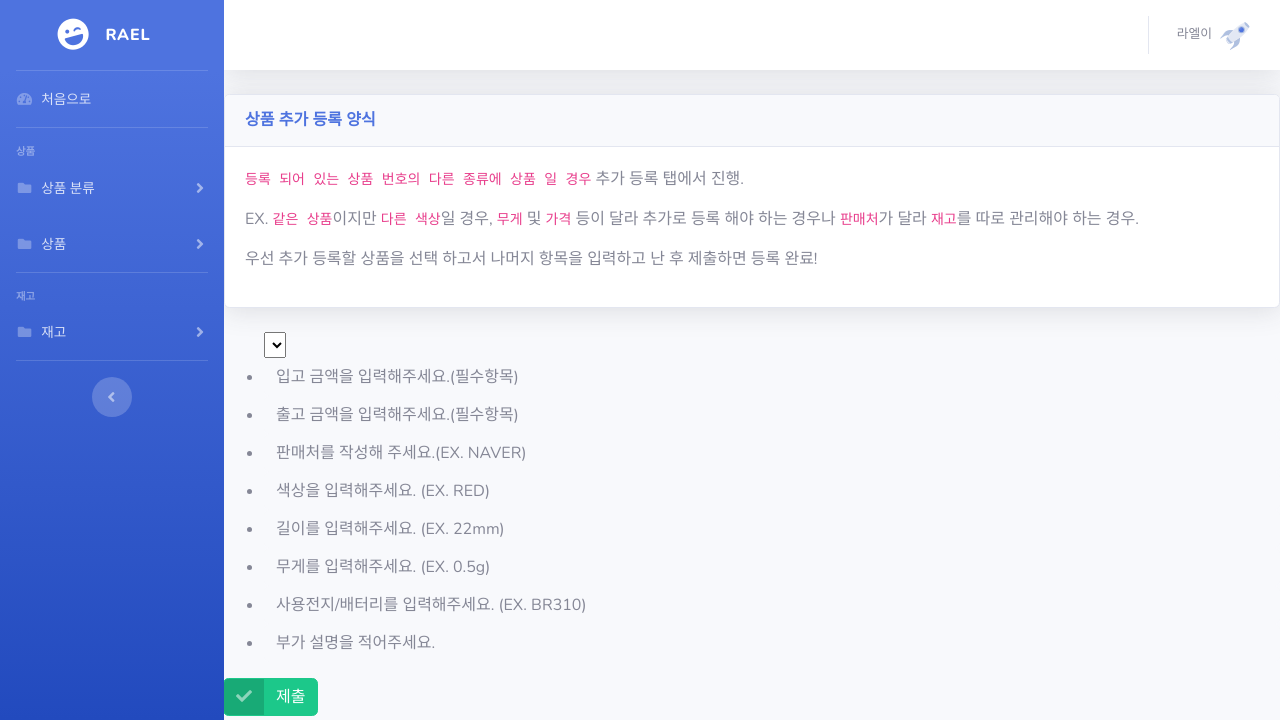
Repository: sww232/springRaelProject
Page: http://localhost/rael/WEB-INF/views/product/product_insert_detail.jsp
The author's editor kept a copy of each file at every save. The page is drawn from the files as they stood at one save, then again after the next save.
The browser window is 1280 px wide. The pictures show the whole page.
The page is served by Tomcat 9. Nobody is signed in. Other server files are loaded and not shown. The template is opened directly, without the code that normally fills it, so the values that code supplies are empty.

Above is the page before, as saved 2022-10-06 23:41:30.

### raelproject3/rael/src/main/webapp/WEB-INF/views/product/product_insert_detail.jsp
<%@ page language="java" contentType="text/html; charset=UTF-8" pageEncoding="UTF-8"%>
<%@ taglib uri="http://java.sun.com/jsp/jstl/core" prefix="c" %>
<%@ taglib prefix="sql" uri="http://java.sun.com/jsp/jstl/sql" %>
<%@ taglib prefix="fmt" uri="http://java.sun.com/jsp/jstl/fmt" %>
<!DOCTYPE html>
<html>
<head>
	    <meta name="viewport" content="width=device-width, initial-scale=1, shrink-to-fit=no">
	    <meta name="description" content="">
	    <meta name="author" content="">
	    <meta charset="UTF-8">
			<title>메인</title>

		<link href="/vendor/fontawesome-free/css/all.min.css" rel="stylesheet" type="text/css">
	    <link
	        href="https://fonts.googleapis.com/css?family=Nunito:200,200i,300,300i,400,400i,600,600i,700,700i,800,800i,900,900i"
	        rel="stylesheet">

	    <!-- Custom styles for this template -->
	    <link href="/css/sb-admin-2.min.css" rel="stylesheet">
	    <script src="/vendor/jquery/jquery.min.js"></script>
	    <script src="/vendor/bootstrap/js/bootstrap.bundle.min.js"></script>

	    <!-- Core plugin JavaScript-->
	    <script src="/vendor/jquery-easing/jquery.easing.min.js"></script>

	    <!-- Custom scripts for all pages-->
	    <script src="/js/sb-admin-2.min.js"></script>

	    <!-- Page level plugins -->
	    <script src="/vendor/datatables/jquery.dataTables.min.js"></script>
	    <script src="/vendor/datatables/dataTables.bootstrap4.min.js"></script>

	    <!-- Page level custom scripts -->
	    <script src="/js/demo/datatables-demo.js"></script>

	    <!-- Custom styles for this page -->
	    <link href="/vendor/datatables/dataTables.bootstrap4.min.css" rel="stylesheet">

	</head>
	<body id="page-top">
	<form>
		<div class="modal fade" id="moaModal1" tabindex="-1" role="dialog" aria-labelledby="exampleModalLabel" aria-hidden="true">

			<div class="modal-dialog" role="document">
				<div class="modal-content">
					<div class="modal-header">
						<h5 class="modal-title" id="exampleModalLabel">상품 등록을 위한 카테고리 선택</h5>
						<button class="close" type="button" data-dismiss="modal" aria-label="Close">
							<span aria-hidden="true">x</span>
						</button>
						</div>
						<div class="modal-body">
							<select name="categoryBox1" id="categoryBox1">
								<option value="defaultValue" selected></option>
								<c:forEach var="list" items="${categorynums}">
									<option value="${list}">
										${list}
									</option>
								</c:forEach>
							</select>
						</div>
					<div class="modal-footer">
						<button class="btn btn-primary" type="button" data-dismiss="modal">Cancel</button>
						<button class="btn btn-primary" type="submit" formaction="/product/product_insert">Choice</button>
					</div>
				</div>
			</div>
		</div>
		<div class="modal fade" id="moaModal2" tabindex="-1" role="dialog" aria-labelledby="exampleModalLabel" aria-hidden="true">

			<div class="modal-dialog" role="document">
				<div class="modal-content">
					<div class="modal-header">
						<h5 class="modal-title" id="exampleModalLabel">상품 추가 등록을 위한 카테고리 선택</h5>
						<button class="close" type="button" data-dismiss="modal" aria-label="Close">
							<span aria-hidden="true">x</span>
						</button>
						</div>
						<div class="modal-body">
							<select name="categoryBox2" id="categoryBox2">
								<option value="defaultValue" selected></option>
								<c:forEach var="list" items="${categorynums}">
									<option value="${list}">
										${list}
									</option>
								</c:forEach>
							</select>
						</div>
					<div class="modal-footer">
						<button class="btn btn-primary" type="button" data-dismiss="modal">Cancel</button>
						<button class="btn btn-primary" type="submit" formaction="/product/product_insert_detail">Choice</button>
					</div>
				</div>
			</div>
		</div>
		<div class="modal fade" id="moaModal3" tabindex="-1" role="dialog" aria-labelledby="exampleModalLabel" aria-hidden="true">

			<div class="modal-dialog" role="document">
				<div class="modal-content">
					<div class="modal-header">
						<h5 class="modal-title" id="exampleModalLabel">상품명/상세정보 수정을 위한 카테고리 선택</h5>
						<button class="close" type="button" data-dismiss="modal" aria-label="Close">
							<span aria-hidden="true">x</span>
						</button>
						</div>
						<div class="modal-body">
							<select name="categoryBox3" id="categoryBox3">
								<option value="defaultValue" selected></option>
								<c:forEach var="list" items="${categorynums}">
									<option value="${list}">
										${list}
									</option>
								</c:forEach>
							</select>
						</div>
					<div class="modal-footer">
						<button class="btn btn-primary" type="button" data-dismiss="modal">Cancel</button>
						<button class="btn btn-primary" type="submit" formaction="/product/product_update">Choice</button>
					</div>
				</div>
			</div>
		</div>
	</form>
	<div id="wrapper">
		 <ul class="navbar-nav bg-gradient-primary sidebar sidebar-dark accordion" id="accordionSidebar">

            <!-- Sidebar - Brand -->
            <a class="sidebar-brand d-flex align-items-center justify-content-center" href="/">
                <div class="sidebar-brand-icon rotate-n-15">
                    <i class="fas fa-laugh-wink"></i>
                </div>
                <div class="sidebar-brand-text mx-3">RAEL</div>
            </a>

            <!-- Divider -->
            <hr class="sidebar-divider my-0">

            <!-- Nav Item - Dashboard -->
            <li class="nav-item">
                <a class="nav-link" href="/">
                    <i class="fas fa-fw fa-tachometer-alt"></i>
                    <span>처음으로</span></a>
            </li>

            <!-- Divider -->
            <hr class="sidebar-divider">

            <!-- Heading -->
            <div class="sidebar-heading">
                상품
            </div>

            <!-- Nav Item - Pages Collapse Menu -->
            <li class="nav-item">
                <a class="nav-link collapsed" href="#" data-toggle="collapse" data-target="#collapseTwo"
                    aria-expanded="true" aria-controls="collapseTwo">
                    <i class="fas fa-fw fa-folder"></i>
                    <span>상품 분류</span>
                </a>
                <div id="collapseTwo" class="collapse" aria-labelledby="headingTwo" data-parent="#accordionSidebar">
                    <div class="bg-white py-2 collapse-inner rounded">
                        <h6 class="collapse-header">상풍 분류 탭</h6>
                        <a class="collapse-item" href="/product/category_select?page=1&recordSize=10&pageSize=10">상품 분류 조회</a>
                        <a class="collapse-item" href="/product/category_insert?insertresult=0">상품 분류 등록</a>
                        <a class="collapse-item" href="/product/category_update">상품 분류 수정</a>
                    </div>
                </div>
            </li>

            <!-- Nav Item - Utilities Collapse Menu -->
            <li class="nav-item">
                <a class="nav-link collapsed" href="#" data-toggle="collapse" data-target="#collapseUtilities"
                    aria-expanded="true" aria-controls="collapseUtilities">
                    <i class="fas fa-fw fa-folder"></i>
                    <span>상품</span>
                </a>
                <div id="collapseUtilities" class="collapse" aria-labelledby="headingUtilities"
                    data-parent="#accordionSidebar">
                    <div class="bg-white py-2 collapse-inner rounded">
                        <h6 class="collapse-header">상품 탭</h6>
                        <a class="collapse-item" href="/product/all_select?page=1&recordSize=10&pageSize=10">상품 조회</a>
                        <a class="collapse-item" href="#" data-toggle="modal" data-target="#moaModal1">
							<i class="fas fa-arrow-right"></i>상품 등록
						</a>
						<a class="collapse-item" href="#" data-toggle="modal" data-target="#moaModal2">
							<i class="fas fa-arrow-right"></i>상품 추가 등록
						</a>
						<a class="collapse-item" href="#" data-toggle="modal" data-target="#moaModal3">
							<i class="fas fa-arrow-right"></i>상품명/상세정보 수정
						</a>
                    </div>
                </div>
            </li>

            <!-- Divider -->
            <hr class="sidebar-divider">

            <!-- Heading -->
            <div class="sidebar-heading">
                재고
            </div>

            <!-- Nav Item - Pages Collapse Menu -->
            <li class="nav-item">
                <a class="nav-link collapsed" href="#" data-toggle="collapse" data-target="#collapsePages"
                    aria-expanded="true" aria-controls="collapsePages">
                    <i class="fas fa-fw fa-folder"></i>
                    <span>재고</span>
                </a>
                <div id="collapsePages" class="collapse" aria-labelledby="headingPages" data-parent="#accordionSidebar">
                    <div class="bg-white py-2 collapse-inner rounded">
                        <h6 class="collapse-header">재고</h6>
                        <a class="collapse-item" href="/stock/stock_select?page=1&recordSize=10&pageSize=10">재고 조회 및 입/출고</a>
                        <div class="collapse-divider"></div>
                        <h6 class="collapse-header">재고 입/출고</h6>
                        <a class="collapse-item" href="/stock/stock_history?page=1&recordSize=10&pageSize=10">내역</a>
                        <a class="collapse-item" href="/stock/stock_history_cancel?page=1&recordSize=10&pageSize=10">취소</a>
                    </div>
                </div>
            </li>

            <!-- Divider -->
            <hr class="sidebar-divider d-none d-md-block">

            <!-- Sidebar Toggler (Sidebar) -->
            <div class="text-center d-none d-md-inline">
                <button class="rounded-circle border-0" id="sidebarToggle"></button>
            </div>

        </ul>

        <!-- End of Sidebar -->

        <!-- Content Wrapper -->
        <div id="content-wrapper" class="d-flex flex-column">

            <!-- Main Content -->
            <div id="content">

                <!-- Topbar -->
                <nav class="navbar navbar-expand navbar-light bg-white topbar mb-4 static-top shadow">

                    <!-- Sidebar Toggle (Topbar) -->
                    <form class="form-inline">
                        <button id="sidebarToggleTop" class="btn btn-link d-md-none rounded-circle mr-3">
                            <i class="fa fa-bars"></i>
                        </button>
                    </form>

                    <!-- Topbar Search
                    <form
                        class="d-none d-sm-inline-block form-inline mr-auto ml-md-3 my-2 my-md-0 mw-100 navbar-search">
                        <div class="input-group">
                            <input type="text" class="form-control bg-light border-0 small" placeholder="Search for..."
                                aria-label="Search" aria-describedby="basic-addon2">
                            <div class="input-group-append">
                                <button class="btn btn-primary" type="button">
                                    <i class="fas fa-search fa-sm"></i>
                                </button>
                            </div>
                        </div>
                    </form>
					-->
                    <!-- Topbar Navbar -->
                    <ul class="navbar-nav ml-auto">

                        <!-- Nav Item - Search Dropdown (Visible Only XS) -->
                        <li class="nav-item dropdown no-arrow d-sm-none">
                            <a class="nav-link dropdown-toggle" href="#" id="searchDropdown" role="button"
                                data-toggle="dropdown" aria-haspopup="true" aria-expanded="false">
                                <i class="fas fa-search fa-fw"></i>
                            </a>
                            <!-- Dropdown - Messages -->
                            <div class="dropdown-menu dropdown-menu-right p-3 shadow animated--grow-in"
                                aria-labelledby="searchDropdown">
                                <form class="form-inline mr-auto w-100 navbar-search">
                                    <div class="input-group">
                                        <input type="text" class="form-control bg-light border-0 small"
                                            placeholder="Search for..." aria-label="Search"
                                            aria-describedby="basic-addon2">
                                        <div class="input-group-append">
                                            <button class="btn btn-primary" type="button">
                                                <i class="fas fa-search fa-sm"></i>
                                            </button>
                                        </div>
                                    </div>
                                </form>
                            </div>
                        </li>
                        <div class="topbar-divider d-none d-sm-block"></div>

                        <!-- Nav Item - User Information -->
                        <li class="nav-item dropdown no-arrow">
                            <a class="nav-link dropdown-toggle" href="#" id="userDropdown" role="button"
                                data-toggle="dropdown" aria-haspopup="true" aria-expanded="false">
                                <span class="mr-2 d-none d-lg-inline text-gray-600 small">라엘이</span>
                                <img class="img-profile rounded-circle"
                                    src="img/undraw_rocket.svg">
                            </a>
                            <!-- Dropdown - User Information -->
                            <div class="dropdown-menu dropdown-menu-right shadow animated--grow-in"
                                aria-labelledby="userDropdown">
                                <div class="dropdown-divider"></div>
                                <a class="dropdown-item" href="#" data-toggle="modal" data-target="#logoutModal">
                                    <i class="fas fa-sign-out-alt fa-sm fa-fw mr-2 text-gray-400"></i>
                                    Logout
                                </a>
                            </div>
                        </li>

                    </ul>

                </nav>
    	<!-- End of Topbar -->
    		<div class="card shadow mb-4">
				<div class="card-header py-3 d-flex flex-row align-items-center justify-content-between">
					<h6 class="m-0 font-weight-bold text-primary">상품 추가 등록 양식</h6>
				</div>
				<div class="card-body">
					<p>
						<code>등록 되어 있는 상품 번호의 다른 종류에 상품 일 경우</code> 추가 등록 탭에서 진행.
					</p>
					<p>
						EX. <code>같은 상품</code>이지만 <code>다른 색상</code>일 경우, <code>무게</code> 및
						<code>가격</code> 등이 달라 추가로 등록 해야 하는 경우나 <code>판매처</code>가 달라 <code>재고</code>를 따로 관리해야 하는 경우.
					</p>
					<p>
						우선 추가 등록할 상품을 선택 하고서 나머지 항목을 입력하고 난 후 제출하면 등록 완료!
					</p>
				</div>
			</div>
			<form method="POST" action="/product/product_insert_detail/INSERT">
				<ul>
						<div class="input-group">
							<select name="productBox" id="productBox">
								<option value="defaultValue" selected></option>
								<c:forEach var="list" items="${productdatas}">
									<option value="${list}">
										${list}
									</option>
								</c:forEach>
							</select>
						</div>
					<li>
						<div class="input-group">
							<input type="number" class="form-control bg-light border-0 small"name="product inbound price" placeholder="입고 금액을 입력해주세요.(필수항목)">
						</div>
					</li>
					<li>
						<div class="input-group">
							<input type="number" class="form-control bg-light border-0 small"name="product outbound price" placeholder="출고 금액을 입력해주세요.(필수항목)">
						</div>
					</li>
					<li>
						<div class="input-group">
							<input type="text" class="form-control bg-light border-0 small" value=""name="product vendor" placeholder="판매처를 작성해 주세요.(EX. NAVER)">
						</div>
					</li>
					<li>
						<div class="input-group">
							<input type="text" class="form-control bg-light border-0 small"value="" name="product vendor" placeholder="색상을 입력해주세요. (EX. RED)">
						</div>
					</li>
					<li>
						<div class="input-group">
							<input type="text" class="form-control bg-light border-0 small" value=""name="product length" placeholder="길이를 입력해주세요. (EX. 22mm)">
						</div>
					</li>
					<li>
						<div class="input-group">
							<input type="text" class="form-control bg-light border-0 small"value="" name="product weight" placeholder="무게를 입력해주세요. (EX. 0.5g)">
						</div>
					</li>
					<li>
						<div class="input-group">
							<input type="text" class="form-control bg-light border-0 small" value="" name="product battery" placeholder="사용전지/배터리를 입력해주세요. (EX. BR310)">
						</div>
					</li>
					<li>
						<div class="input-group">
							<input type="text" class="form-control bg-light border-0 small" value="" name="product description" placeholder="부가 설명을 적어주세요.">
						</div>
					</li>

				</ul>
				<div class="input-group-append">
					<button type="submit" class="btn btn-success btn-icon-split">
						<span class="icon text-white-50">
							<i class="fas fa-check"></i>
						</span>
						<span class="text">제출</span>
					</button>
				</div>
			</form>
    	</div>
	</div>
	<c:if test="${insertresult == 1}">
		<script type="text/javascript">
			alert("성공적으로 등록 하였습니다.");
		</script>
		<c:out value='성공적으로 등록 하였습니다.'>성공</c:out>
	</c:if>
</body>
</html>

### raelproject3/rael/src/main/resources/static/img/undraw_rocket.svg
<?xml version="1.0" encoding="utf-8"?>
<!-- Generator: Adobe Illustrator 25.0.0, SVG Export Plug-In . SVG Version: 6.00 Build 0)  -->
<svg version="1.1" id="b759170a-51c3-4e2f-999d-77dec9fd6d11"
	 xmlns="http://www.w3.org/2000/svg" xmlns:xlink="http://www.w3.org/1999/xlink" x="0px" y="0px" viewBox="0 0 650.9 610.5"
	 style="enable-background:new 0 0 650.9 610.5;" xml:space="preserve">
<style type="text/css">
	.st0{fill:#AFC0E0;}
	.st1{opacity:0.2;fill:#FFFFFF;enable-background:new    ;}
	.st2{opacity:0.1;enable-background:new    ;}
	.st3{fill:#E3E8F4;}
	.st4{fill:#4E73DF;}
</style>
<path class="st0" d="M174,321c-2-1.6-4.2-3-6.6-4.2c-51.8-26.2-157,67.8-157,67.8L0,372.7c0,0,42.1-43.8,92.4-117.3
	c45.2-66.1,150.7-51.8,171.4-48.3c2.3,0.4,3.6,0.7,3.6,0.7C298.7,288.3,174,321,174,321z"/>
<path class="st1" d="M269.4,213.9c-0.6-2-1.3-4-2-6c0,0-1.2-0.2-3.6-0.7c-20.7-3.5-126.2-17.8-171.4,48.3C42.1,329,0,372.7,0,372.7
	l5.9,6.7c0,0,42.1-43.8,92.4-117.3C143.3,196.3,248,210.2,269.4,213.9z"/>
<path class="st0" d="M337.7,533.4c-79.2,40.8-127.8,77.1-127.8,77.1l-10.5-11.9c0,0,111.1-96.8,85.3-150.9c-0.5-1.2-1.2-2.3-1.9-3.4
	c0,0,47.9-119.6,123.9-78.5c0,0,0.1,1,0.2,2.9C407.8,387.8,409.7,496.3,337.7,533.4z"/>
<path class="st2" d="M174,321c-2-1.6-4.2-3-6.6-4.2c29.3-38.9,61.5-75.5,96.3-109.7c2.3,0.4,3.6,0.7,3.6,0.7
	C298.7,288.3,174,321,174,321z"/>
<path class="st2" d="M406.9,368.6c-38.6,29.6-79.4,56.1-122.3,79.1c-0.5-1.2-1.2-2.3-1.9-3.4c0,0,47.9-119.6,123.9-78.5
	C406.7,365.7,406.8,366.7,406.9,368.6z"/>
<path class="st3" d="M263.6,455.5c-20.3,10.4-41.6,20.5-64,30.2c-33.6,14.6-51.5-2.2-80.7-91.5c0,0,12.5-22.5,37.2-57
	c54.3-75.8,167.5-209.1,336.1-286.7C542.7,27.1,596.1,10.1,650.9,0c0,0-9.1,68.8-62,160.1S439.1,365.3,263.6,455.5z"/>
<circle class="st0" cx="435.6" cy="199.7" r="71.6"/>
<path class="st4" d="M469.2,237.9c-21,18.6-53.1,16.6-71.7-4.5c-7.8-8.8-12.2-20-12.7-31.8c-0.2-4.7,0.3-9.4,1.4-14
	c0.5-2,1.1-4.1,1.9-6c2.9-7.7,7.7-14.5,13.8-19.9c0.3-0.3,0.6-0.5,0.9-0.8c17.1-14.4,41.5-15.9,60.3-3.8c3.5,2.3,6.7,4.9,9.5,7.9
	l1,1.1C492.2,187.2,490.2,219.3,469.2,237.9C469.2,237.8,469.2,237.9,469.2,237.9z"/>
<path class="st0" d="M588.9,160.1c-83-35.2-96.8-109.6-96.8-109.6C542.7,27,596.1,10.1,650.9,0C650.9,0,641.8,68.8,588.9,160.1z"/>
<path class="st0" d="M263.6,455.5c-13.7,7.1-27.9,13.9-42.6,20.7c-7,3.2-14.1,6.4-21.4,9.5c-10.9,4.7-51.5-2.2-80.7-91.5
	c0,0,4.1-7.3,12.1-20c6.1-9.6,14.5-22.2,25.1-37c0,0,11,33.2,41.1,67.3C215.8,425.7,238.4,443,263.6,455.5z"/>
<path class="st3" d="M221,476.2c-7,3.2-14.1,6.4-21.4,9.5c-10.9,4.7-51.5-2.2-80.7-91.5c0,0,4.1-7.3,12.1-20
	C131,374.2,170.2,456.9,221,476.2z"/>
<path class="st1" d="M463.2,157l-0.1,0l-60.1,3.9c-0.3,0.3-0.6,0.5-0.9,0.8c-6.2,5.4-10.9,12.3-13.8,19.9l84.5-16.6L463.2,157z"/>
<path class="st1" d="M438.8,194.3l-53.9,7.3c-0.2-4.7,0.3-9.4,1.4-14l52.8,1.4L438.8,194.3z"/>
<path class="st1" d="M131.7,408.7c0,0,12.5-22.5,37.2-57C223.2,276,336.4,142.7,504.9,65c45.6-21.1,93.3-36.9,142.5-47.3
	C650.1,6.4,650.9,0,650.9,0c-54.8,10.1-108.2,27-158.7,50.5c-168.6,77.7-281.8,211-336.1,286.7c-24.7,34.4-37.2,57-37.2,57
	c11.5,35.3,26.6,57,40.5,70.3C149.4,451.4,139.7,433.3,131.7,408.7z"/>
</svg>

Loaded but not shown: raelproject3/rael/src/main/resources/static/css/sb-admin-2.min.css (library); raelproject3/rael/src/main/resources/static/js/sb-admin-2.min.js (common file); raelproject3/rael/src/main/resources/static/js/demo/datatables-demo.js (common file)

After the next save:
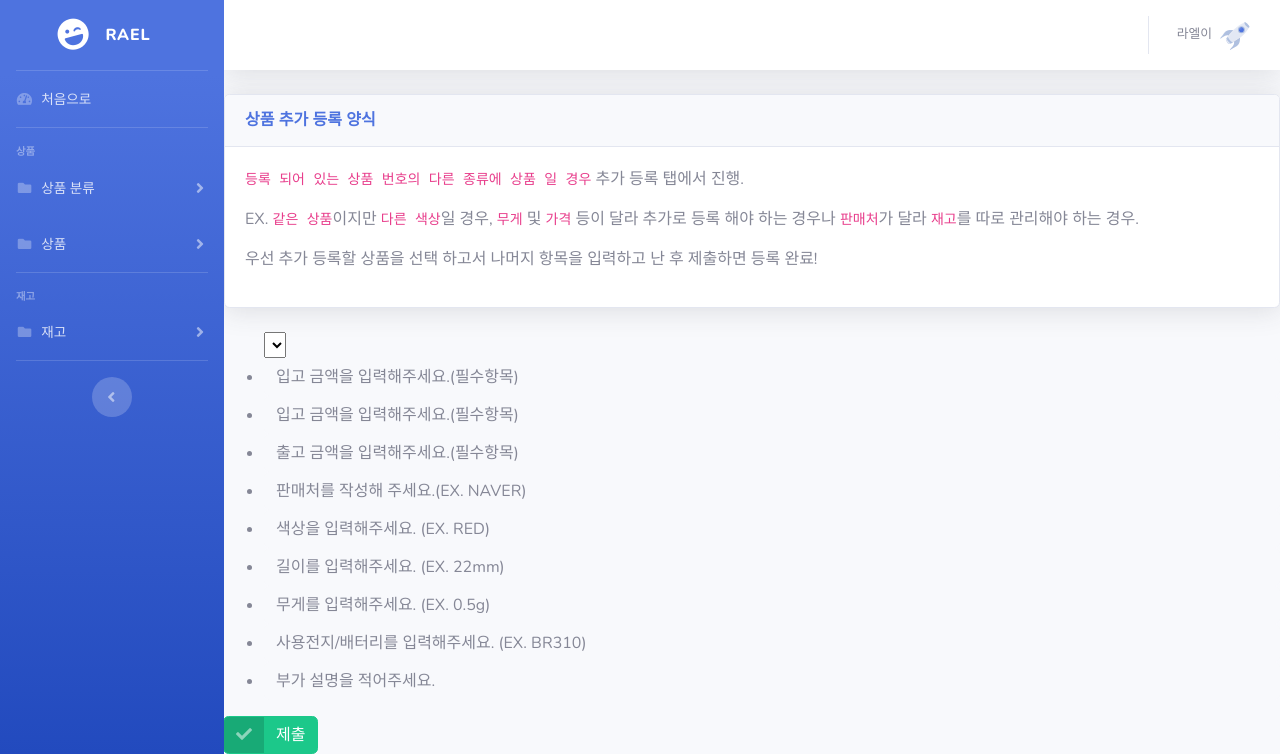
Saved 4 min 46 s later.
--- a/raelproject3/rael/src/main/webapp/WEB-INF/views/product/product_insert_detail.jsp
+++ b/raelproject3/rael/src/main/webapp/WEB-INF/views/product/product_insert_detail.jsp
@@ -344,6 +344,11 @@
 						</div>
 					<li>
 						<div class="input-group">
+							<input type="text" class="form-control bg-light border-0 small"name="product company" placeholder="입고 금액을 입력해주세요.(필수항목)">
+						</div>
+					</li>
+					<li>
+						<div class="input-group">
 							<input type="number" class="form-control bg-light border-0 small"name="product inbound price" placeholder="입고 금액을 입력해주세요.(필수항목)">
 						</div>
 					</li>
